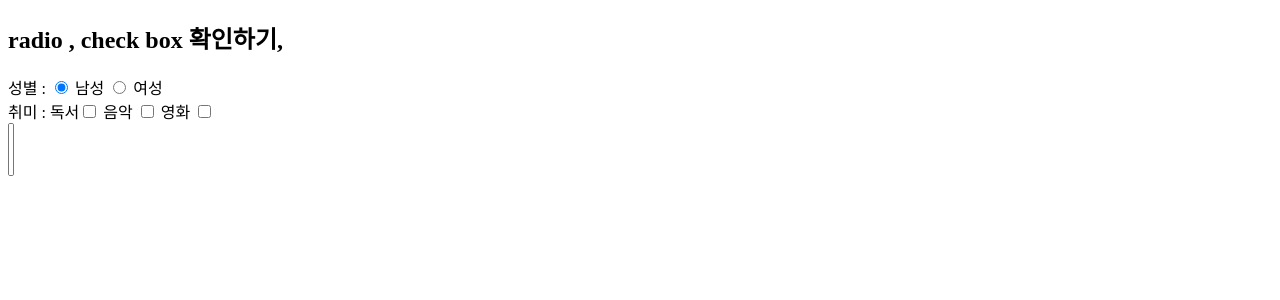
Repository: hodob/JSP_Practice
Page: http://localhost/JSP_WebMarket_JJH/ch06_ex/ex2.jsp
These files come from the project's save history. The page is drawn as it stood at one moment and after the next save; the edit follows.
The browser window is 1280 px wide. The pictures show the whole page.
The page is served by Tomcat 9.

Above is the page before, as saved 2022-08-10 06:39:56.

After the next save:
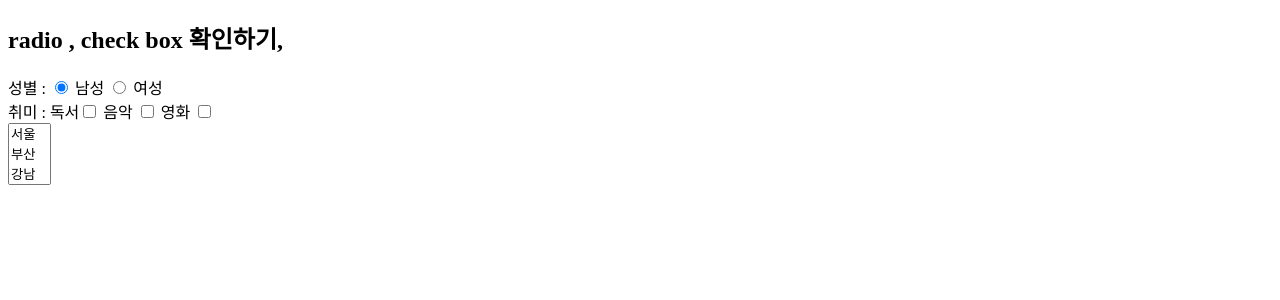
Saved 46 s later.
--- a/JSP_WebMarket_JJH/WebContent/ch06_ex/ex2.jsp
+++ b/JSP_WebMarket_JJH/WebContent/ch06_ex/ex2.jsp
@@ -19,12 +19,12 @@
 
 <br>
 <select name = "city" size = "3">
-<option value ="서울">
-<option value ="부산">
-<option value ="강남">
-<option value ="대구">
-<option value ="하와이">
-<option value ="일본">
+<option value ="서울">서울 </option>
+<option value ="부산">부산 </option>
+<option value ="강남">강남 </option>
+<option value ="대구">대구 </option>
+<option value ="하와이">하와이 </option>
+<option value ="일본">일본 </option>
 
 </select>
 
